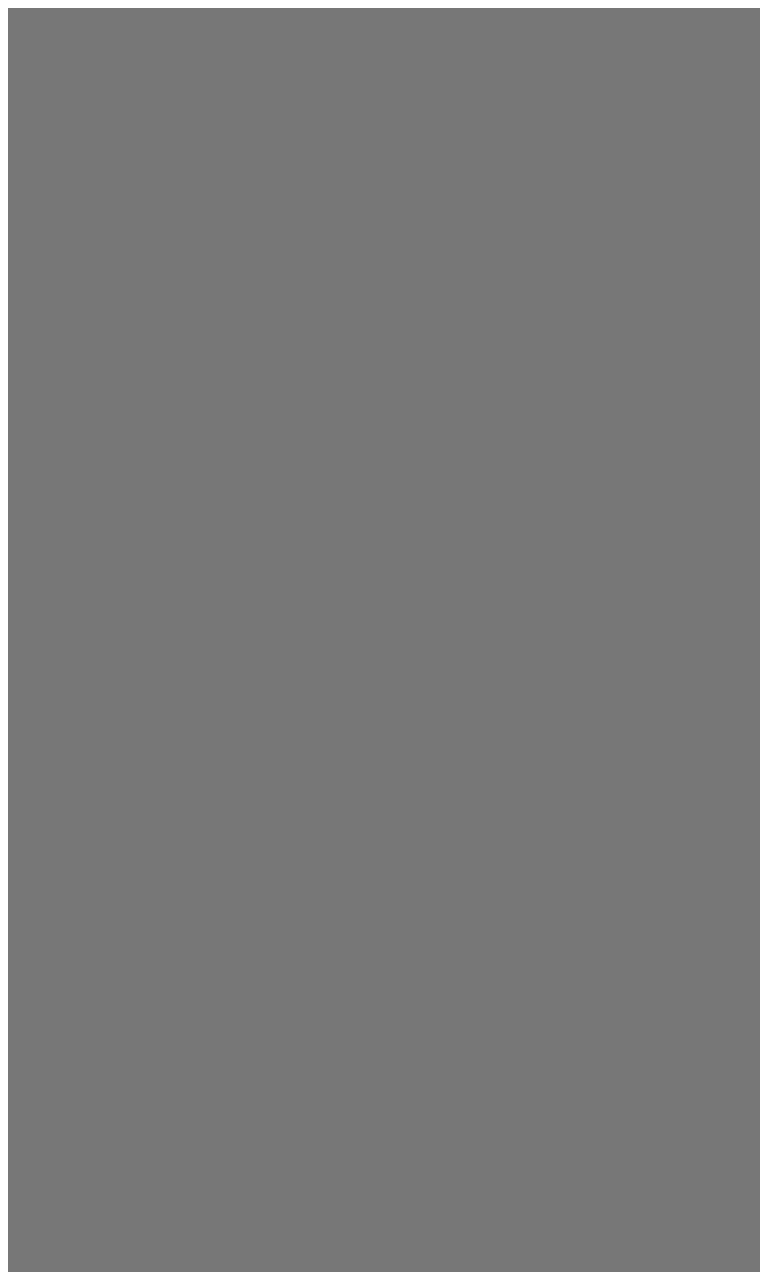
Repository: jemcphe/MDF3
Layout: Week3 Widget/TeamWidget/res/layout/widget_layout.xml
These files come from the project's save history. The layout is drawn as it stood at one moment and after the next save; the edit follows.
It is drawn on a 768 x 1280 px phone screen (xhdpi) without system bars, with theme AppTheme; the app's code is not run.

Above is the layout before, as saved 2013-07-25 21:26:32.

### Week3 Widget/TeamWidget/res/layout/widget_layout.xml
<?xml version="1.0" encoding="utf-8"?>
<FrameLayout xmlns:android="http://schemas.android.com/apk/res/android"
    android:layout_width="match_parent"
    android:layout_height="match_parent"
    android:padding="4dp"
    android:orientation="vertical" >

	<LinearLayout
	    android:layout_width="match_parent"
	    android:layout_height="match_parent"
	    android:orientation="horizontal"
	    android:background="#777777">






	</LinearLayout>

</FrameLayout>

Loaded but not shown: Week3 Widget/TeamWidget/res/values/styles.xml (common file); Week3 Widget/TeamWidget/res/values-v11/styles.xml (common file); Week3 Widget/TeamWidget/res/values-v14/styles.xml (common file)

After the next save:
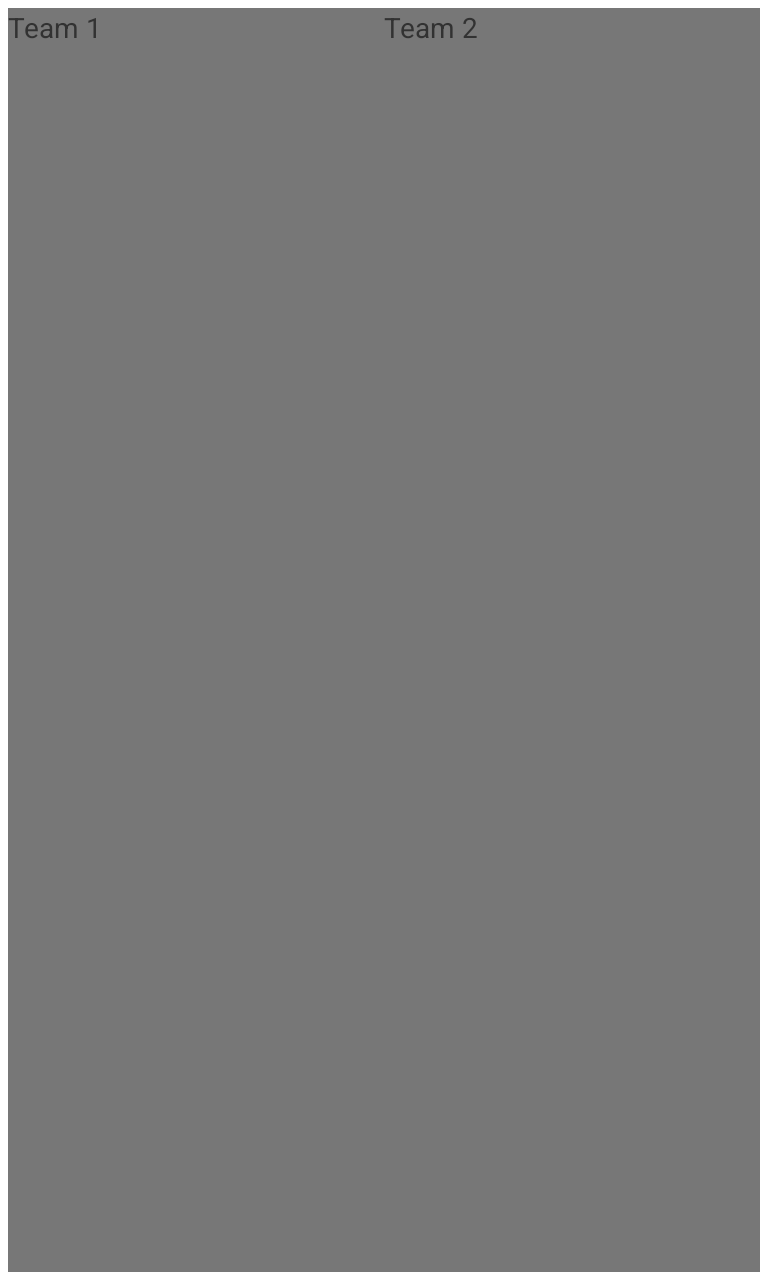
Saved 119 min 43 s later.
--- a/Week3 Widget/TeamWidget/res/layout/widget_layout.xml
+++ b/Week3 Widget/TeamWidget/res/layout/widget_layout.xml
@@ -11,10 +11,19 @@
 	    android:orientation="horizontal"
 	    android:background="#777777">
 
+	    <TextView
+	        android:id="@+id/team1"
+	        android:layout_width="40dp"
+	        android:layout_height="wrap_content"
+	        android:layout_weight="1"
+	        android:text="Team 1" />
 
-
-
-
+	    <TextView
+	        android:id="@+id/team2"
+	        android:layout_width="40dp"
+	        android:layout_height="wrap_content"
+	        android:layout_weight="1"
+	        android:text="Team 2" />
 
 	</LinearLayout>
 
